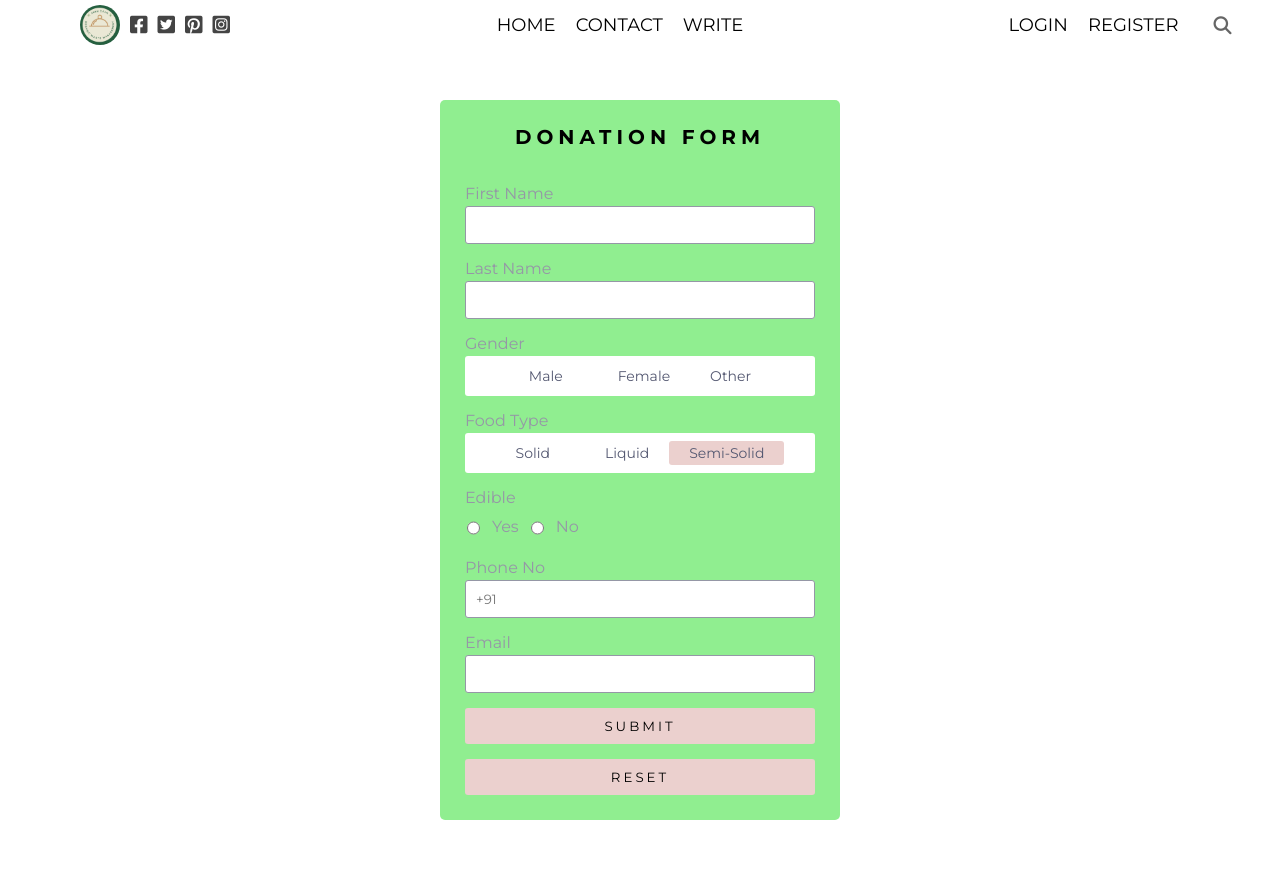
Repository: blsnabrhm/anna-daan
Page: /Contact (app in client/)
An editor plug-in stored every save of this project. The page is shown before and after the next save, followed by the edit.
The browser window is 1280 px wide. The pictures show the whole page.
Some web libraries are served in a nearby version. The project was rebuilt for these pictures with package versions that can differ from the ones it lists, and the page was loaded fresh each time. Also part of the build but not shown: client/src/components/header/header.css, client/src/components/header/Header.jsx, client/src/components/posts/posts.css, client/src/components/posts/Posts.jsx, client/src/components/sidebar/sidebar.css, client/src/components/sidebar/SideBar.jsx, client/src/pages/home/home.css, client/src/pages/home/Home.jsx and 13 more. Imported but missing from the stored project, and not drawn on this page: client/src/components/post/Post.

Above is the page before, as saved 2022-04-22 08:35:13.

### client/public/index.html
<!DOCTYPE html>
<html lang="en">
  <head>
    <meta charset="utf-8" />
    <link rel="icon" href="%PUBLIC_URL%/favicon.ico" />
    <meta name="viewport" content="width=device-width, initial-scale=1" />
    <meta name="theme-color" content="#000000" />
    <meta
      name="description"
      content="Web site created using create-react-app"
    />
    <link rel="preconnect" href="https://fonts.googleapis.com">
    <link rel="preconnect" href="https://fonts.gstatic.com" crossorigin>
    <link href="https://fonts.googleapis.com/css2?family=Josefin+Sans:wght@100;200;300;400;500;600;700&family=Lora:ital@0;1&family=Varela&family=Varela+Round&display=swap" rel="stylesheet">
    <link rel="stylesheet" href="https://cdnjs.cloudflare.com/ajax/libs/font-awesome/6.1.1/css/all.min.css" integrity="sha512-KfkfwYDsLkIlwQp6LFnl8zNdLGxu9YAA1QvwINks4PhcElQSvqcyVLLD9aMhXd13uQjoXtEKNosOWaZqXgel0g==" crossorigin="anonymous" referrerpolicy="no-referrer" />
    <style>*{
      margin: 0;
    }</style>
    <style>
      .link {
        text-decoration: none;
        color: inherit;
      }
    </style>
    <title>Anna Daan</title>
  </head>
  <body>
    <noscript>You need to enable JavaScript to run this app.</noscript>
    <div id="root"></div>

  </body>
</html>

### client/src/index.js
import React from 'react';
import ReactDOM from 'react-dom/client';
import App from './App';
import { ContextProvider } from './context/Context';

const root = ReactDOM.createRoot(document.getElementById('root'));
root.render(
  <React.StrictMode>
    <ContextProvider>
    <App />
    </ContextProvider>
  </React.StrictMode>
);

### client/src/App.js
import Home from "./pages/home/Home";
import TopBar from "./components/topbar/TopBar";
import Single from "./pages/single/Single";
import Write from "./pages/write/Write";
import Settings from "./pages/settings/Settings";
import Login from "./pages/login/Login";
import Register from "./pages/register/Register";
import Contact from "./pages/contact/Contact";
import { BrowserRouter as Router, Switch, Route, Link } from "react-router-dom";
import { useContext } from "react";
import { Context } from "./context/Context";

function App() {
  const { user } = useContext(Context);
  return (
    <Router>
      <TopBar />
      <Switch>
        <Route exact path="/">
          <Home />
        </Route>
        <Route path="/register">{user ? <Home /> : <Register />}</Route>
        <Route path="/login">{user ? <Home /> : <Login />}</Route>
        <Route path="/Contact">{user ? <Contact />: <Contact/> }</Route>
        <Route path="/write">{user ? <Write /> : <Register />}</Route>
        <Route path="/settings">{user ? <Settings /> : <Register />}</Route>
        <Route path="/post/:postId">
          <Single />
        </Route>
      </Switch>
    </Router>
  );
}

export default App;

### client/src/context/Context.js
import { createContext, useEffect, useReducer } from "react";
import Reducer from "./Reducer";

const INITIAL_STATE = {
  user: JSON.parse(localStorage.getItem("user")) || null,
  isFetching: false,
  error: false,
};

export const Context = createContext(INITIAL_STATE);

export const ContextProvider = ({ children }) => {
  const [state, dispatch] = useReducer(Reducer, INITIAL_STATE);

  useEffect(() => {
    localStorage.setItem("user", JSON.stringify(state.user));
  }, [state.user]);

  return (
    <Context.Provider
      value={{
        user: state.user,
        isFetching: state.isFetching,
        error: state.error,
        dispatch,
      }}
    >
      {children}
    </Context.Provider>
  );
};

### client/src/components/topbar/TopBar.jsx
import { useContext } from "react";
import { Link } from "react-router-dom";
import { Context } from "../../context/Context";
import "./topbar.css";

export default function TopBar() {
  const { user, dispatch } = useContext(Context);
  const PF = "http://localhost:3000/images/"

  const handleLogout = () => {
    dispatch({ type: "LOGOUT" });
  };
  return (
    <div className="top">
      <div className="topLeft">
        <img className="topImg topLogo" src={require('../../assets/Anna_Daan.png')} alt="" />
        <i className="topIcon fab fa-facebook-square"></i>
        <i className="topIcon fab fa-twitter-square"></i>
        <i className="topIcon fab fa-pinterest-square"></i>
        <i className="topIcon fab fa-instagram-square"></i>
      </div>
      <div className="topCenter">
        <ul className="topList">
          <li className="topListItem">
            <Link className="link" to="/" >
              HOME
            </Link>
          </li>
          <li className="topListItem">
            <Link className="link" to="/contact" >
              CONTACT
            </Link>
          </li>
          <li className="topListItem">
            <Link className="link" to="/write">
              WRITE
            </Link>
          </li>
          <li className="topListItem" onClick={handleLogout}>
            {user && "LOGOUT"}
          </li>
        </ul>
      </div>
      <div className="topRight">
        {user ? (
          <Link to="/settings">
            <img className="topImg" src={PF+user.profilePic} alt="" />
          </Link>
        ) : (
          <ul className="topList">
            <li className="topListItem">
              <Link className="link" to="/login" >
                LOGIN
              </Link>
            </li>
            <li className="topListItem">
              <Link className="link" to="/register">
                REGISTER
              </Link>
            </li>
          </ul>
        )}
        <i className="topSearchIcon fas fa-search"></i>
      </div>
    </div>
  );
}

### client/src/pages/contact/Contact.jsx
import './contact.css'

export default function Contact() {
    return (
    <div className='contact'>
        <div class="registration_form">
		<div class="title">
			Donation Form
		</div>

		<form>
			<div class="form_wrap">
                <div className="input_wrap">
					<label for="fname">First Name</label>
					<input type="text" id="email"/>
				</div>
				<div className="input_wrap">
					<label for="lname">Last Name</label>
					<input type="text" id="email"/>
				</div>
                <div >

                </div>
				<div className="input_wrap">
					<label>Gender</label>
					<ul>
						<li>
							<label className="radio_wrap">
								<input type="radio" name="gender" value="male" className="input_radio" checked/>
								<span>Male</span>
							</label>
						</li>
						<li>
							<label className="radio_wrap">
								<input type="radio" name="gender" value="female" className="input_radio"/>
								<span>Female</span>
							</label>
						</li>
                        <li>
							<label className="radio_wrap">
								<input type="radio" name="gender" value="male" className="input_radio" checked/>
								<span>Other</span>
							</label>
						</li>
					</ul>
				</div>
                <div className="input_wrap">
					<label>Food Type</label>
					<ul>
						<li>
							<label className="radio_wrap">
								<input type="radio" name="gender" value="male" className="input_radio" checked/>
								<span>Solid</span>
							</label>
						</li>
						<li>
							<label className="radio_wrap">
								<input type="radio" name="gender" value="female" className="input_radio"/>
								<span>Liquid</span>
							</label>
						</li>
                        <li>
							<label className="radio_wrap">
								<input type="radio" name="gender" value="male" className="input_radio" checked/>
								<span>Semi-Solid</span>
							</label>
						</li>
					</ul>
				</div>
        <div className="input_wrap">
            <label className='edi' for="edible">Edible</label>
            <div className='edible'>
            <input className='edible' type="radio" id="y" name='edible'/>
            <label className='edible' for="edible">Yes  </label>
            <input className='edible' type="radio" id="n" name='edible'/>
            <label className='edible' for="edible">No  </label>
            </div>
        </div>
				<div className="input_wrap">
					<label for="city">Phone No</label>
					<input type="tel" id="city" placeholder="+91"/>
				</div>
				<div className="input_wrap">
					<label for="country">Email</label>
					<input type="text" id="country"/>
				</div>
				<div className="input_wrap">
					<input type="submit" value="Submit" className="submit_btn"/>
				</div>
        <div className="input_wrap">
					<input type="submit" value="Reset" className="submit_btn"/>
				</div>
			</div>
		</form>
	</div>
    </div>
    )
}

### client/src/context/Reducer.js
const Reducer = (state, action) => {
  switch (action.type) {
    case "LOGIN_START":
      return {
        user: null,
        isFetching: true,
        error: false,
      };
    case "LOGIN_SUCCESS":
      return {
        user: action.payload,
        isFetching: false,
        error: false,
      };
    case "LOGIN_FAILURE":
      return {
        user: null,
        isFetching: false,
        error: true,
      };
      case "UPDATE_START":
        return {
          ...state,
          isFetching:true
        };
      case "UPDATE_SUCCESS":
        return {
          user: action.payload,
          isFetching: false,
          error: false,
        };
      case "UPDATE_FAILURE":
        return {
          user: state.user,
          isFetching: false,
          error: true,
        };
    case "LOGOUT":
      return {
        user: null,
        isFetching: false,
        error: false,
      };
    default:
      return state;
  }
};

export default Reducer;

### client/src/components/topbar/topbar.css
.top {
    width: 100%;
    height: 50px;
    background-color: white;
    position: sticky;
    top: 0;
    display: flex;
    align-items: center;
    font-family: "Josefin Sans", sans-serif;
    z-index: 999;
  }

  .topLeft,
  .topRight {
    flex: 3;
    display: flex;
    align-items: center;
    justify-content: center;
  }

  .topCenter {
    flex: 6;
  }

  .topLogo {
    margin-right: 10px;
  }

  .topIcon {
    font-size: 20px;
    margin-right: 10px;
    color: #444;
    cursor: pointer;
  }

  .topImg {
    width: 40px;
    height: 40px;
    border-radius: 50%;
    object-fit: cover;
    cursor: pointer;
  }

  .topList {
    display: flex;
    justify-content: center;
    margin: 0;
    padding: 0;
    list-style: none;
  }

  .topListItem {
    margin-right: 20px;
    font-size: 18px;
    font-weight: 300;
    cursor: pointer;
  }

  .topSearchIcon {
    font-size: 18px;
    color: #666;
    cursor: pointer;
    margin-left: 15px;
  }

### client/src/pages/contact/contact.css
@import url('https://fonts.googleapis.com/css2?family=Montserrat:wght@400;700&display=swap');

*{
	margin: 0;
	padding: 0;
	box-sizing: border-box;
	list-style: none;
	font-family: 'Montserrat', sans-serif;
}

.contact {
    display: flex;
    align-items: center;
    justify-content: center;
    margin: 50px 0;
}


.edible {
    display: flex;
    flex-wrap: wrap;
    margin-top: 3px;
    margin-right: 10px;
    padding: 2px;
}

.wrapper{
	min-height: 100vh;
	display: flex;
	justify-content: center;
	align-items: center;
}

.registration_form{
	background: lightgreen;
	padding: 25px;
	border-radius: 5px;
	width: 400px;
}

.registration_form .title{
	text-align: center;
	font-size: 20px;
	text-transform: uppercase;
	color: #000000;
	letter-spacing: 5px;
	font-weight: 700;
}

.form_wrap{
	margin-top: 35px;
}

.form_wrap .input_wrap{
	margin-bottom: 15px;
}

.form_wrap .input_wrap:last-child{
	margin-bottom: 0;
}

.form_wrap .input_wrap label{
	display: block;
	margin-bottom: 3px;
	color: #9597a6;
}
.form_wrap .input_grp  input[type="text"] ,input[type="number"]{
	width: 165px;
}

.form_wrap  input[type="text"], input[type="number"], input[type="tel"]{
	width: 100%;
	border-radius: 3px;
	border: 1px solid #9597a6;
	padding: 10px;
	outline: none;
}

.form_wrap  input[type="text"]:focus{
	border-color: #ebd0ce;
}

.form_wrap ul{
	background: #fff;
	padding: 8px 10px;
	border-radius: 3px;
	display: flex;
	justify-content: center;
}

.form_wrap ul li:first-child{
	margin-right: 15px;
}
.form_wrap ul .radio_wrap{
	position: relative;
	margin-bottom: 0;
}

.form_wrap ul .radio_wrap .input_radio{
	position: absolute;
	top: 0;
	right: 0;
	opacity: 0;
}

.form_wrap ul .radio_wrap span{
	display: inline-block;
	font-size: 14px;
	padding: 3px 20px;
	border-radius: 3px;
	color: #545871;
}

.form_wrap .input_radio:checked ~ span{
	background: #ebd0ce;
}

.form_wrap .submit_btn{
	width: 100%;
	background: #ebd0ce;
	padding: 10px;
	border: 0;
	border-radius: 3px;
	text-transform: uppercase;
	letter-spacing: 3px;
	cursor: pointer;
}

.form_wrap .submit_btn:hover{
	background: #ffd5d2;
}

After the next save:
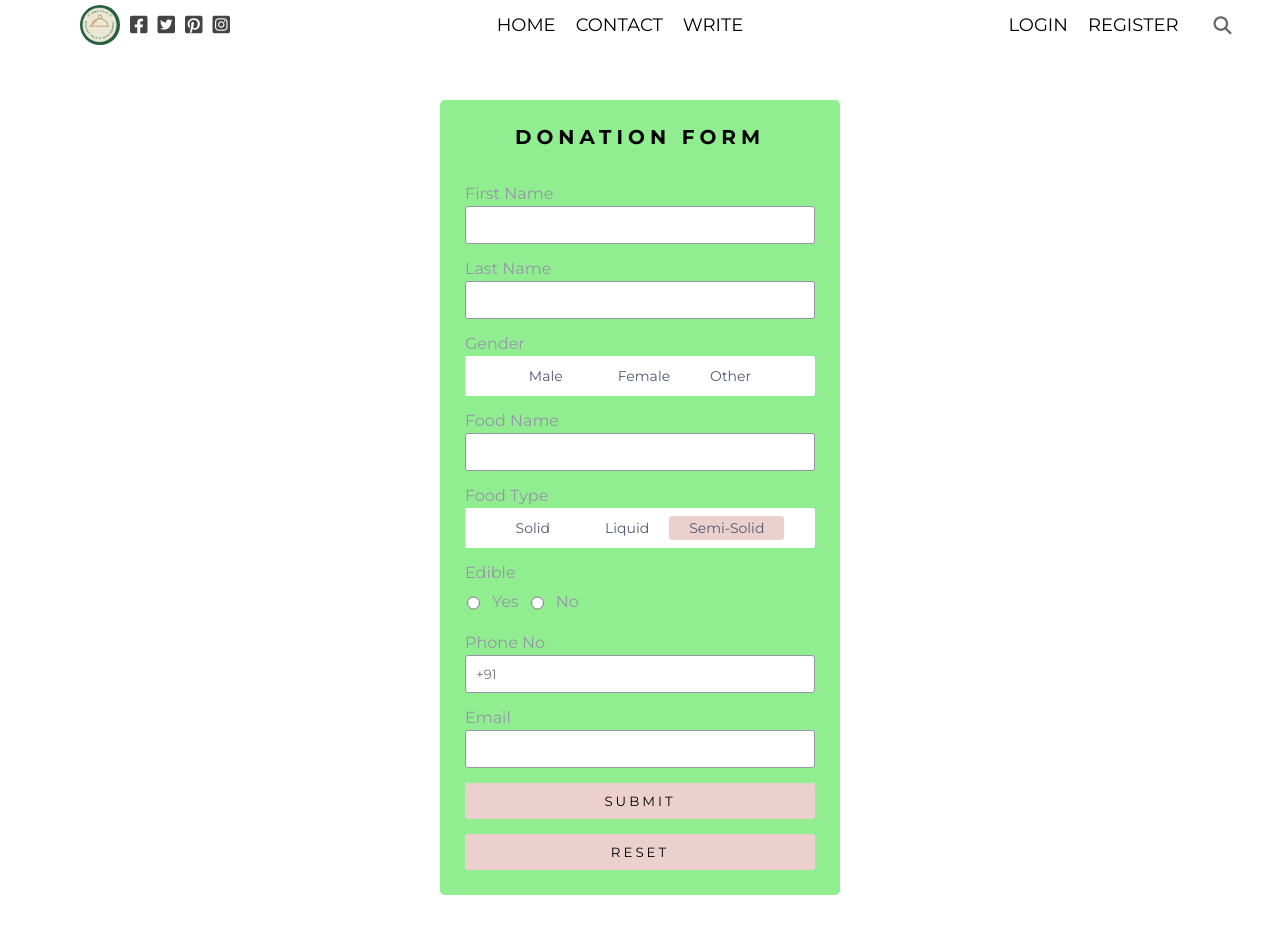
Saved 34 s later.
--- a/client/src/pages/contact/Contact.jsx
+++ b/client/src/pages/contact/Contact.jsx
@@ -43,6 +43,10 @@ export default function Contact() {
 							</label>
 						</li>
 					</ul>
+				</div>
+                <div className="input_wrap">
+					<label for="fname">Food Name</label>
+					<input type="text" id="email"/>
 				</div>
                 <div className="input_wrap">
 					<label>Food Type</label>
